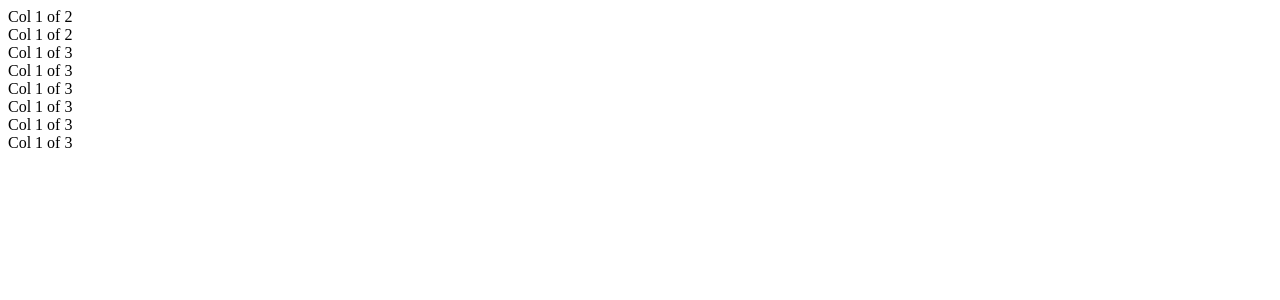
Repository: haokiet2501/grid-basic
Page: index.html
An editor plug-in stored every save of this project. The page is shown before and after a run of saves, followed by the edit.
The browser window is 1280 px wide. The pictures show the whole page.

Above is the page before, as saved 2022-08-11 17:07:07.

After the next 2 saves:
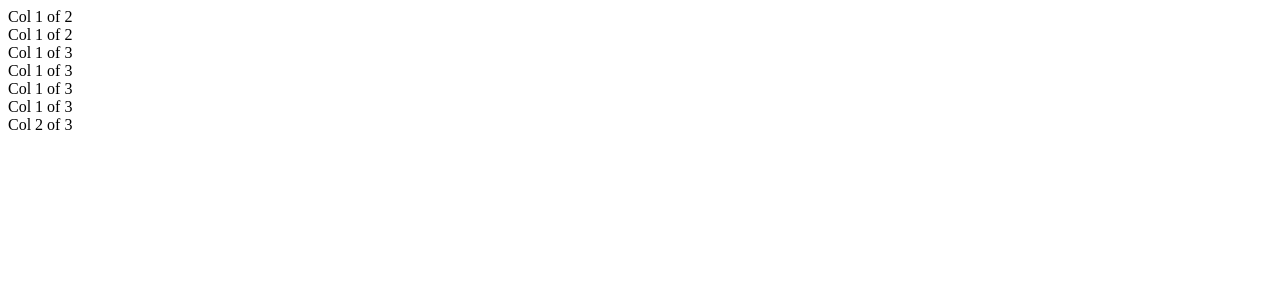
The 2 saves are shown as one change because they came seconds apart.
The last was saved 9 s later.
--- a/index.html
+++ b/index.html
@@ -35,10 +35,7 @@
                 Col 1 of 3
             </div>
             <div class="col-1-of-3">
-                Col 1 of 3
-            </div>
-            <div class="col-1-of-3">
-                Col 1 of 3
+                Col 2 of 3
             </div>
         </div>
     </section>
